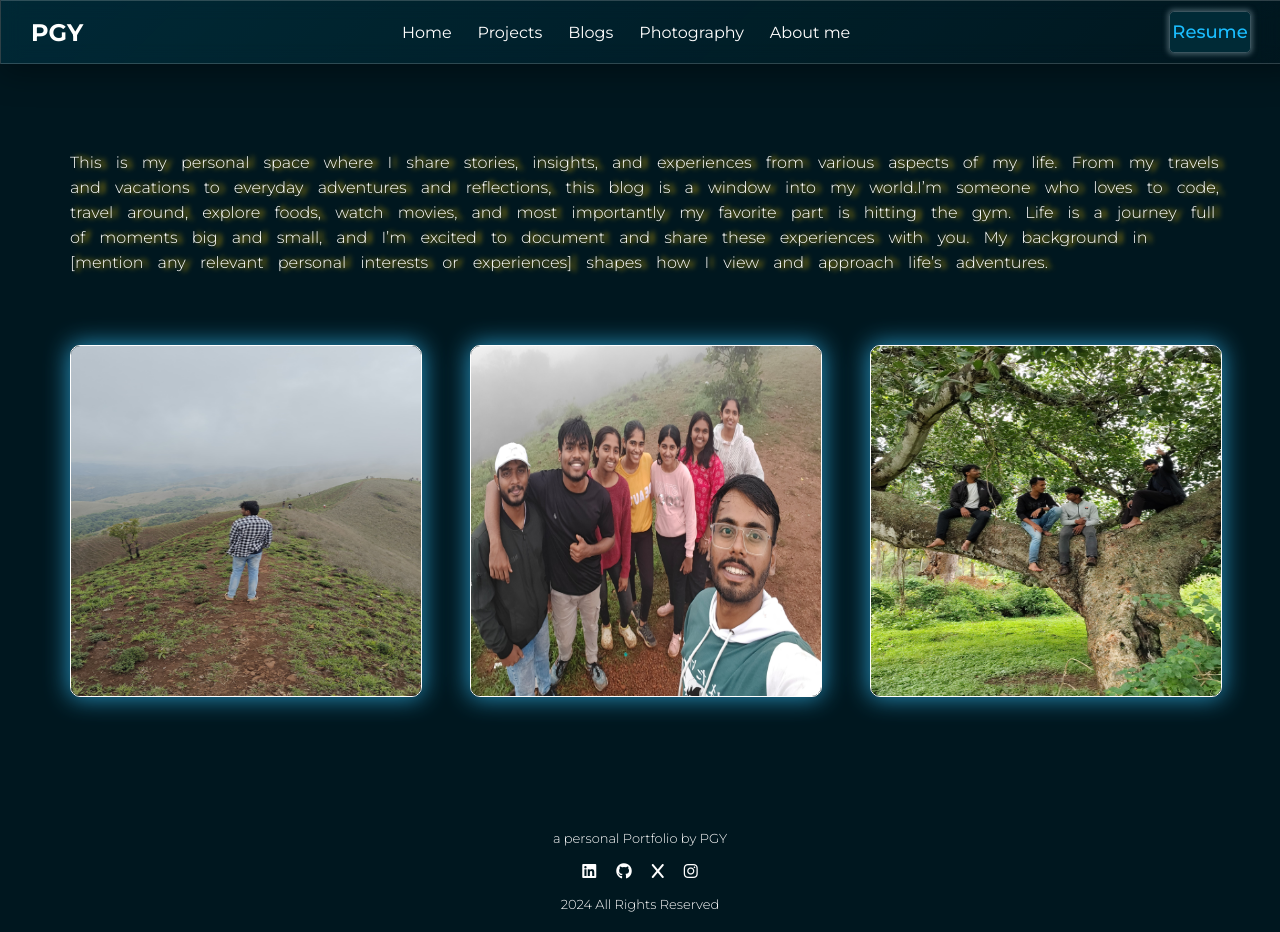
Repository: pgyunknown/pgyunknown
Page: personal_blog.html
An editor plug-in stored every save of this project. The page is shown before and after the next save, followed by the edit.
The browser window is 1280 px wide. The pictures show the whole page.
Some web libraries are served in a nearby version.

Above is the page before, as saved 2024-08-16 21:58:28.

### personal_blog.html
<!DOCTYPE html>
<html lang="en">
<head>
    <meta charset="UTF-8">
    <meta name="viewport" content="width=device-width, initial-scale=1.0">
    <title>Personal portfolio</title>
    <link rel="stylesheet" href="personal_blog.css">
    <link rel="preconnect" href="https://fonts.googleapis.com">
<link rel="preconnect" href="https://fonts.gstatic.com" crossorigin>
<link href="https://fonts.googleapis.com/css2?family=Libre+Baskerville:ital,wght@0,400;0,700;1,400&family=Montserrat:ital,wght@0,100..900;1,100..900&family=Titillium+Web:ital,wght@0,200;0,300;0,400;0,600;0,700;0,900;1,200;1,300;1,400;1,600;1,700&display=swap" rel="stylesheet">
<link rel="stylesheet" href="https://cdnjs.cloudflare.com/ajax/libs/font-awesome/6.6.0/css/all.min.css" integrity="sha512-Kc323vGBEqzTmouAECnVceyQqyqdsSiqLQISBL29aUW4U/M7pSPA/gEUZQqv1cwx4OnYxTxve5UMg5GT6L4JJg==" crossorigin="anonymous" referrerpolicy="no-referrer" />
</head>
<body>
    <header>
        <div class="pgy_con">
                <div class="pgy"><a href="#">PGY</a></div>
        </div>
        <nav>
                <div class="nav_bar">
                <a href="#" id="home">Home</a>
                <a href="#"id="projects">Projects</a>
                <a href="blog.html"id="blogs">Blogs</a>
                <a href="#"id="photo">Photography</a>
                <a href="#"id="About">About me</a>
                </div>
            </nav>
        <div class="resume_con">
                <button>Resume</button>
        </div>
    </header>
    <main>
        <div class="personal_intro"><p>This is my personal space where I share stories, insights, and experiences from various aspects of my life. From my travels and vacations to everyday adventures and reflections, this blog is a window into my world.I’m someone who loves to code, travel around, explore foods, watch movies, and most importantly my favorite part is hitting the gym. Life is a journey full of moments big and small, and I’m excited to document and share these experiences with you. My background in [mention any relevant personal interests or experiences] shapes how I view and approach life’s adventures.</p></div>

        <div class="contianer">
        <div ><img src="imgs/WhatsApp Image 2024-08-16 at 18.40.53_9c257726.jpg" alt=""></div>
        <div ><img src="imgs/WhatsApp Image 2024-08-16 at 18.40.52_35491df1.jpg" alt=""></div>
        <div ><img src="imgs/WhatsApp Image 2024-08-16 at 18.34.26_5f8bc427.jpg" alt=""></div>
        </div>
    </main>

        <footer>
        <div class="footer_port">a personal Portfolio by PGY</div>
        <div class="footer_icons">
            <a href="https://www.linkedin.com/in/p-gokul-yadav-82548a295?utm_source=share&utm_campaign=share_via&utm_content=profile&utm_medium=android_app" alt="Gokul's linkedin profile" target="_blank"><i class="fa-brands fa-linkedin"></i></a>
            <a href="https://github.com/pgyunknown" alt="Gokul Github profile" target="_blank"><i class="fa-brands fa-github"></i></a>
            <a href="#"><i class="fa-brands fa-x" target="_blank"></i></a>
            <a href="#"><i class="fa-brands fa-instagram" target="_blank"></i></a>
        </div>
        <div class="copyrights">2024 All Rights Reserved</div>
    </footer>

### personal_blog.css
*{margin: 0px;
    padding: 0px;
}
body{
    background-color: #00171F;
    color: white;
    box-sizing: border-box;


}
a{
    text-decoration: none;
    color: inherit;
}

header{
    display: flex;
    justify-content: space-between;
    align-items: center;
    padding: 10px;
    /* Glassy effect */
    background: linear-gradient(135deg, rgba(0, 200, 255, 0.1), rgba(255, 255, 255, 0));
    backdrop-filter: blur(10px);
    -webkit-backdrop-filter: blur(10px);
    border:1px solid rgba(255, 255, 255, 0.18);
    box-shadow: 0 8px 32px 0 rgba(0, 0, 0, 0.37);

    overflow: hidden;
    position: fixed; /* Set the navbar to fixed position */
    top: 0; /* Position the navbar at the top of the page */
    width: 100%;
}

.pgy_con
{
    margin-left: 20px;
    font-family: "Montserrat", sans-serif;
    font-optical-sizing: auto;
    font-size: x-large;
    font-weight: 700;
    font-style: normal;
    align-items: end;

}

.pgy_con .pgy a{
    text-decoration: none;
}
.nav_bar {
        /* height: 50px; */
    width: 500px;
    display: flex;
    justify-content: space-evenly;

    transition-property: all;
    transition-timing-function: ease-in-out;
    transition-delay: 1s;


}

.nav_bar a{
    box-sizing: border-box;
    font-family: "Montserrat", sans-serif;
    font-optical-sizing: auto;
    font-weight: 400;
    font-style: normal
    text-decoration: none;
    justify-content: space-around;
    align-items: center;
    padding-top:10px;
    padding-bottom :10px;
    /* padding-right:10px ;
    padding-left:10px ; */
}

.nav_bar a:hover{
    color: #FFC107;
    text-shadow: #FFC107 0px 0px  1px;
    border-bottom: 0.5px solid #FFC107;


}


.resume_con {
    display: flex;
    justify-content: center;
    margin-right: 20px;
    background-color: #00171F;
    margin-right: 40px;
}
.resume_con button{
    background-color:rgba(0, 200, 255, 0.1);
    box-sizing: content-box;
    height: 2.5rem;
    width: 5rem;
    font-family: "Montserrat", sans-serif;
    font-optical-sizing: auto;
    font-size: large;
    font-weight: 500;
    font-style: normal;
    color: #1ABEFF;
    border: 0.0001px solid #3c555f;
    border-radius: 0.3rem;
    box-shadow: 0px 0px 5px 2px #3c555f;

}
    main{
    display: flex;
    flex-direction:column ;
    align-items: center;
    justify-content: center;
    height: 600px;
    width: 90%;
    /* justify-content:space-around; */
    align-items: center;
    padding: 50px;
    margin: 60px 20px 70px 20px;
}
main .personal_intro{
    display: flex;
    flex-direction: row;
    font-family: "Montserrat", sans-serif;
    font-optical-sizing: auto;
    font-size: medium;
    font-weight: 300;
    font-style: normal;
    margin-top: 50px;
    margin-bottom: 50px;
    word-spacing: 10px;
    line-height: 25px;
    text-shadow: #FC0 5px 0 5px;
}

main .contianer{
    display: flex;
    flex-direction: row;
    justify-content: space-between;
    align-items: center;
    height: 500px;
    width: 100%;
    padding: 20px;
}

main .contianer img{
    height: 350px;
    width: 350px;
    border-radius:10px;
    border: 1px solid #ffffff;
    box-shadow: 0px 0px 25px 1px #2792bd;
}

footer{
    display: flex;
    flex-direction:column;
    justify-content: center;
    align-items: center;
    margin-top: 20px;
    margin-bottom: 20px;
    font-family: "Montserrat", sans-serif;
    font-optical-sizing: auto;
    font-size: small;
    font-weight: 300;
    font-style: normal;
}

.footer_icons{
    display: flex;
    justify-content: center;
    align-items: center;
    width: 50px;
    height: 50px;
}



.copyrights{
    display: flex;
    justify-content: center;
    align-items: center;
}

.footer_icons a{
font-size: medium;
padding: 10px;
width: 50px;
height: 50px;
display: flex;
justify-content: center;
align-items: center;
}

After the next save:
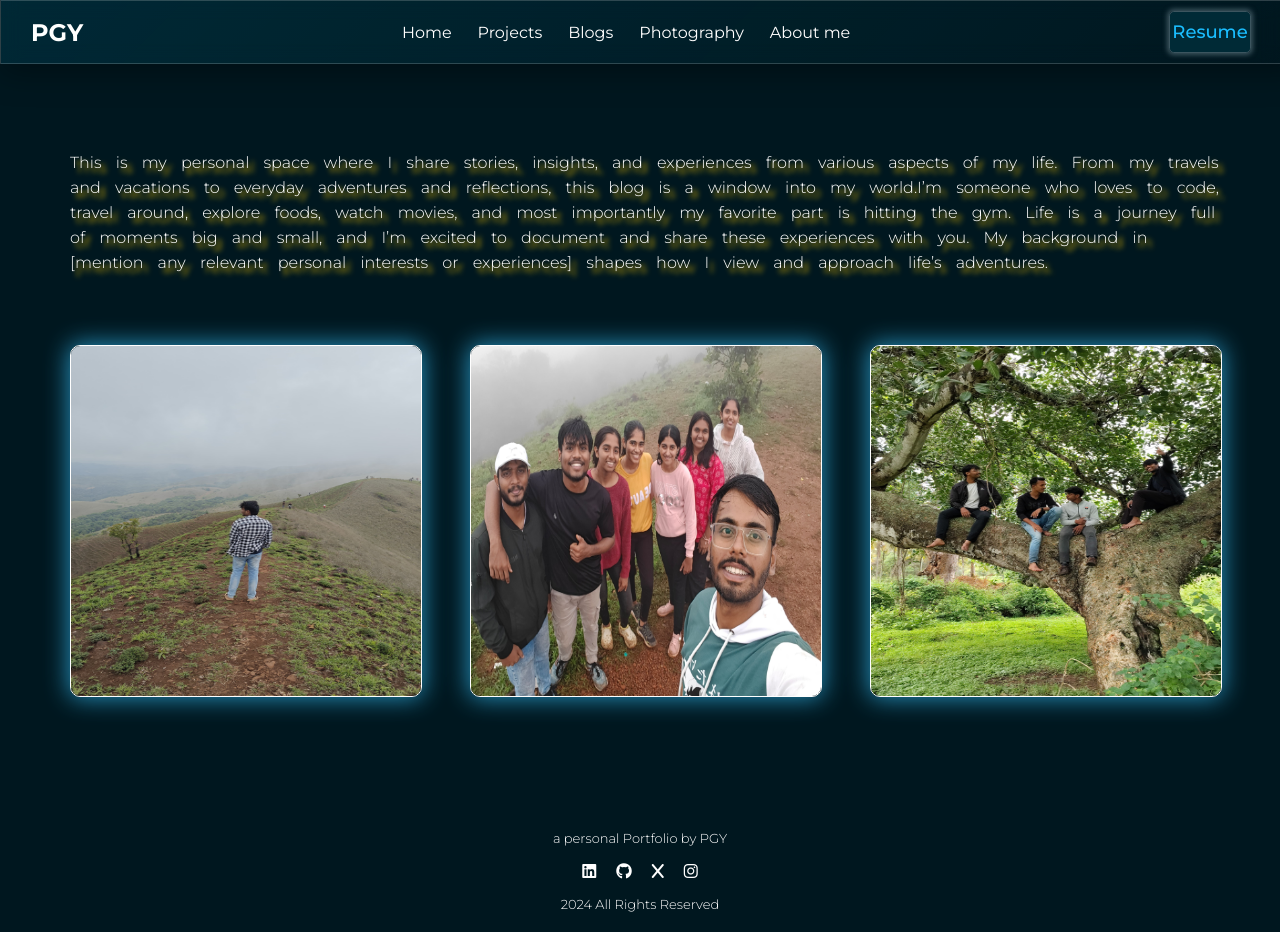
Saved 5 s later.
--- a/personal_blog.css
+++ b/personal_blog.css
@@ -130,7 +130,7 @@ main .personal_intro{
     margin-bottom: 50px;
     word-spacing: 10px;
     line-height: 25px;
-    text-shadow: #FC0 5px 0 5px;
+    text-shadow: #FC0 5px 5px 5px;
 }
 
 main .contianer{
